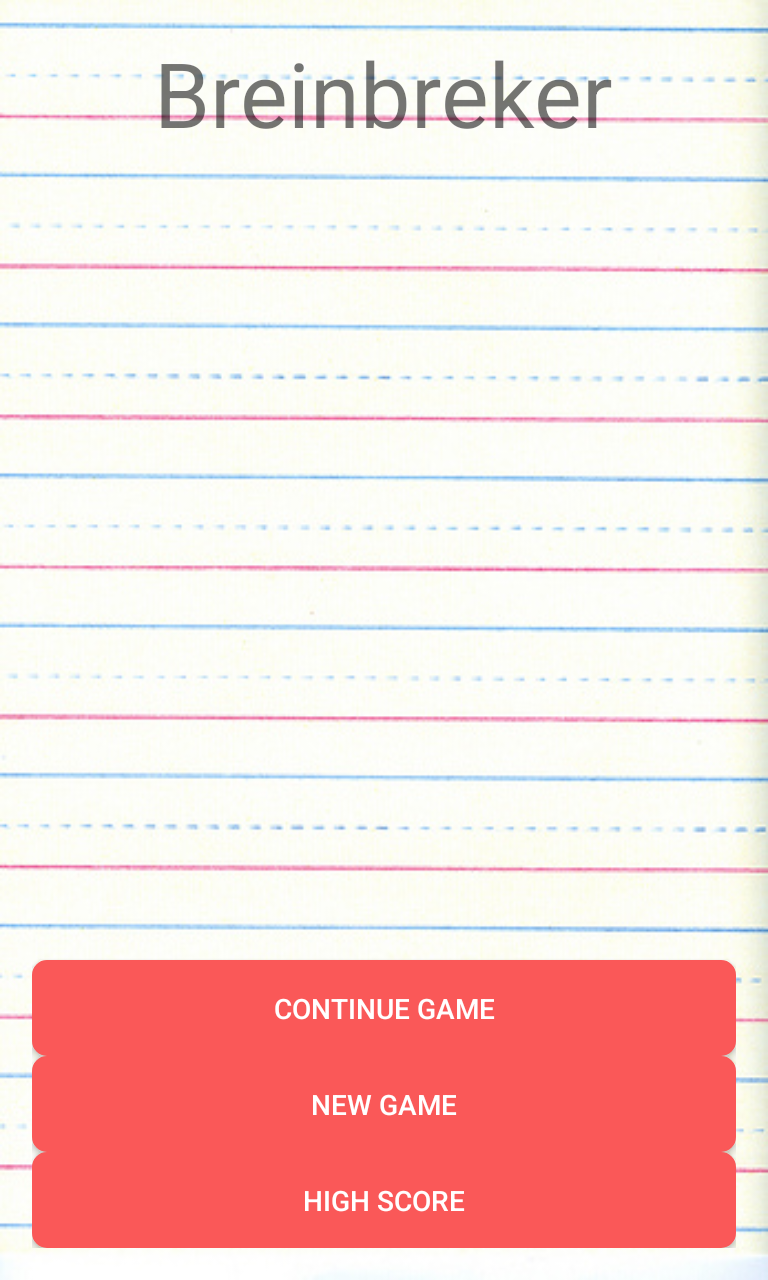
Repository: jelleswester/Breinbreker
Layout: Breinbreker/res/layout/activity_start_screen.xml
An editor plug-in stored every save of this project. The layout is shown before and after the next save, followed by the edit.
It is drawn on a 768 x 1280 px phone screen (xhdpi) without system bars, with theme AppTheme; the app's code is not run.

Above is the layout before, as saved 2015-01-22 21:06:02.

### Breinbreker/res/layout/activity_start_screen.xml
<RelativeLayout xmlns:android="http://schemas.android.com/apk/res/android"
    xmlns:tools="http://schemas.android.com/tools"
    android:layout_width="match_parent"
    android:layout_height="match_parent"
    android:paddingBottom="@dimen/activity_vertical_margin"
    android:paddingLeft="@dimen/activity_horizontal_margin"
    android:paddingRight="@dimen/activity_horizontal_margin"
    android:paddingTop="@dimen/activity_vertical_margin"
    android:background="@drawable/background"
    tools:context="nl.mprog.jelleswester.breinbreker.StartScreenActivity" >

    <TextView
        android:id="@+id/textView1"
        android:layout_width="wrap_content"
        android:layout_height="wrap_content"
        android:layout_alignParentTop="true"
        android:layout_centerHorizontal="true"
        android:text="@string/brein_breker"
        android:textSize="45sp" />

    <Button
        android:id="@+id/highScoreButton"
        android:layout_width="fill_parent"
        android:layout_height="wrap_content"
        android:layout_alignParentBottom="true"
        android:layout_centerHorizontal="true"
        android:onClick="highScoreButton"
        android:background="@drawable/button_shape"
        android:textColor="@color/white"
        android:text="@string/high_score" />

    <Button
        android:id="@+id/newGameButton"
        android:layout_width="fill_parent"
        android:layout_height="wrap_content"
        android:layout_above="@+id/highScoreButton"
        android:layout_alignLeft="@+id/highScoreButton"
        android:onClick="startButton"
        android:background="@drawable/button_shape"
        android:textColor="@color/white"
        android:text="@string/new_game" />

    <Button
        android:id="@+id/continueGameButton"
        android:layout_width="fill_parent"
        android:layout_height="wrap_content"
        android:layout_above="@+id/newGameButton"
        android:layout_alignLeft="@+id/newGameButton"
        android:onClick="startButton"
        android:background="@drawable/button_shape"
        android:textColor="@color/white"
        android:text="@string/continue_game" />

</RelativeLayout>

### Breinbreker/res/values/strings.xml
<?xml version="1.0" encoding="utf-8"?>
<resources>

    <string name="app_name">Breinbreker</string>
    <string name="hello_world">Hello world!</string>
    <string name="action_settings">Settings</string>
    <string name="title_activity_game_play">GamePlay</string>
    <string name="title_activity_high_score">HighScore</string>
    <string name="title_activity_you_won">YouWon</string>
    <string name="brein_breker">Breinbreker</string>
    <string name="start_game">START</string>
    <string name="high_score">High Score</string>
    <string name="back">Back</string>
    <string name="confirm">Confirm</string>
    <string name="you_won">You Won</string>
    <string name="congratulations">Congratulations!</string>
    <string name="high_score_entry">Please enter your name for your high score:</string>
    <string name="example_name">Bob</string>
    <string name="example_high_score">1.    Bob               03:59:15</string>
    <string name="characters">AAAA</string>
    <string name="symbol">+</string>
    <string name="symbol_equal">=</string>
    <string name="text">1234</string>
    <string name="continue_game">Continue Game</string>
    <string name="new_game">New Game</string>


</resources>

### Breinbreker/res/drawable-hdpi/button_shape.xml
<?xml version="1.0" encoding="UTF-8"?>
<shape
    xmlns:android="http://schemas.android.com/apk/res/android">
    <stroke
        android:width="1dp"
        android:color="#FA5858"/>
    <corners
        android:radius="7dp" />

    <padding
        android:left="1dp"
        android:right="1dp"
        android:top="1dp"
        android:bottom="1dp"/>

    <solid android:color="#FA5858"/>

</shape>

### Breinbreker/res/values/color.xml
<?xml version="1.0" encoding="utf-8"?>
<resources>
    <item name="white" type="color">#FFFFFF</item>
</resources>

Loaded but not shown: Breinbreker/res/values/styles.xml (common file); Breinbreker/res/values-v11/styles.xml (common file); Breinbreker/res/values-v14/styles.xml (common file); Breinbreker/res/values/dimens.xml (common file); Breinbreker/res/values-w820dp/dimens.xml (common file)

After the next save:
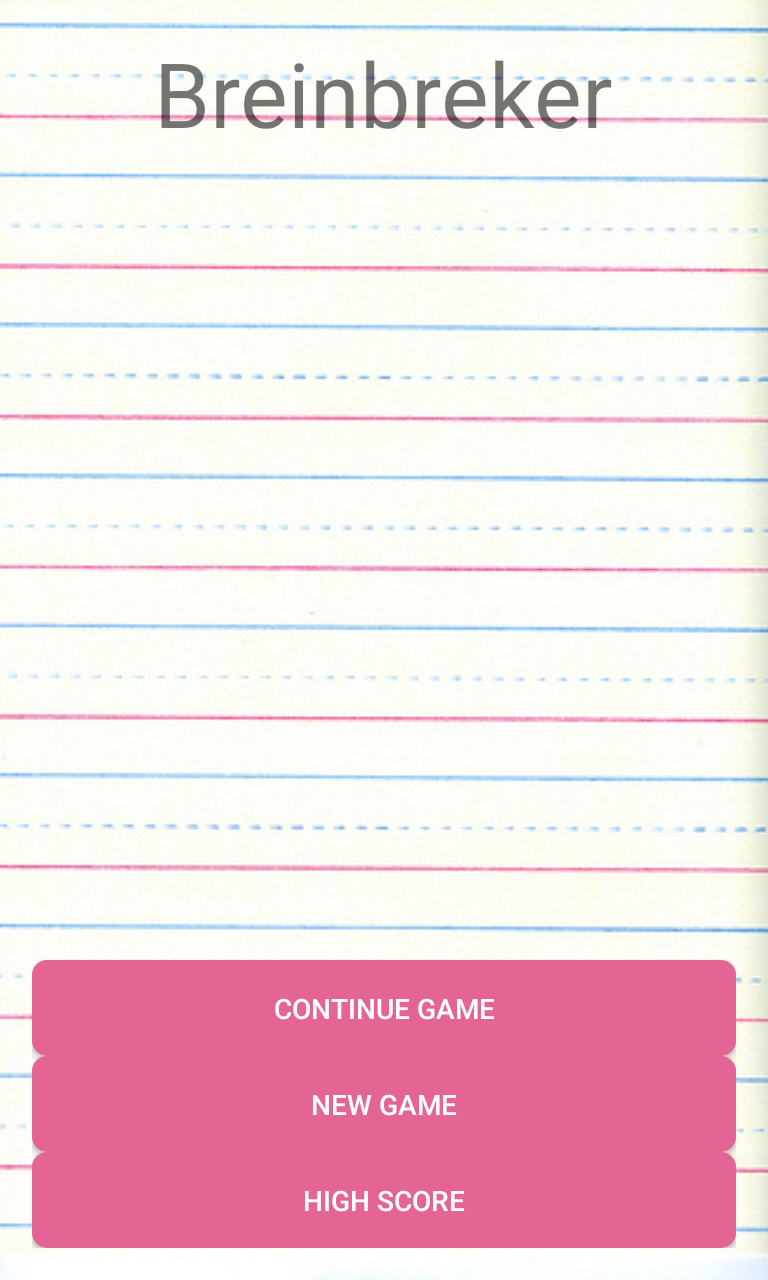
Saved 3 min 30 s later.
--- a/Breinbreker/res/drawable-hdpi/button_shape.xml
+++ b/Breinbreker/res/drawable-hdpi/button_shape.xml
@@ -3,7 +3,7 @@
     xmlns:android="http://schemas.android.com/apk/res/android">
     <stroke
         android:width="1dp"
-        android:color="#FA5858"/>
+        android:color="#E46495"/>
     <corners
         android:radius="7dp" />
 
@@ -13,6 +13,6 @@
         android:top="1dp"
         android:bottom="1dp"/>
 
-    <solid android:color="#FA5858"/>
+    <solid android:color="#E46495"/>
 
 </shape>
